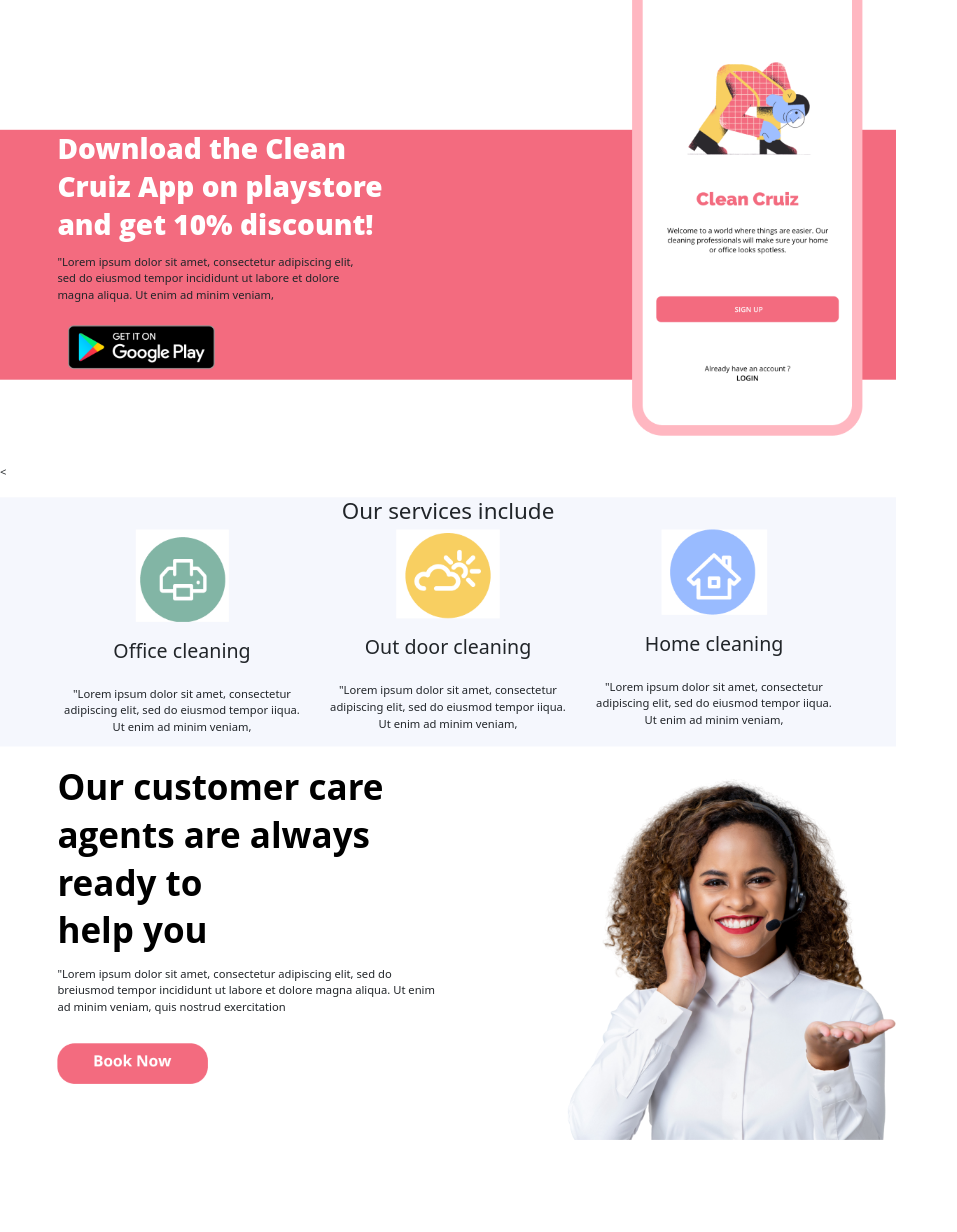
Repository: uy022/QuocUybaitapgiuaki
Page: index.html
An editor plug-in stored every save of this project. The page is shown before and after the next save, followed by the edit.
The browser window is 1280 px wide. The page is 1367 px wide, so the pictures cover 1367 px, including what lies to the right of the window. The pictures show the part of the page from y = 829 to 2589 px (the page is 2865 px tall), at 70% of full size.

Above is the page before, as saved 2022-08-31 14:58:03.

After the next save:
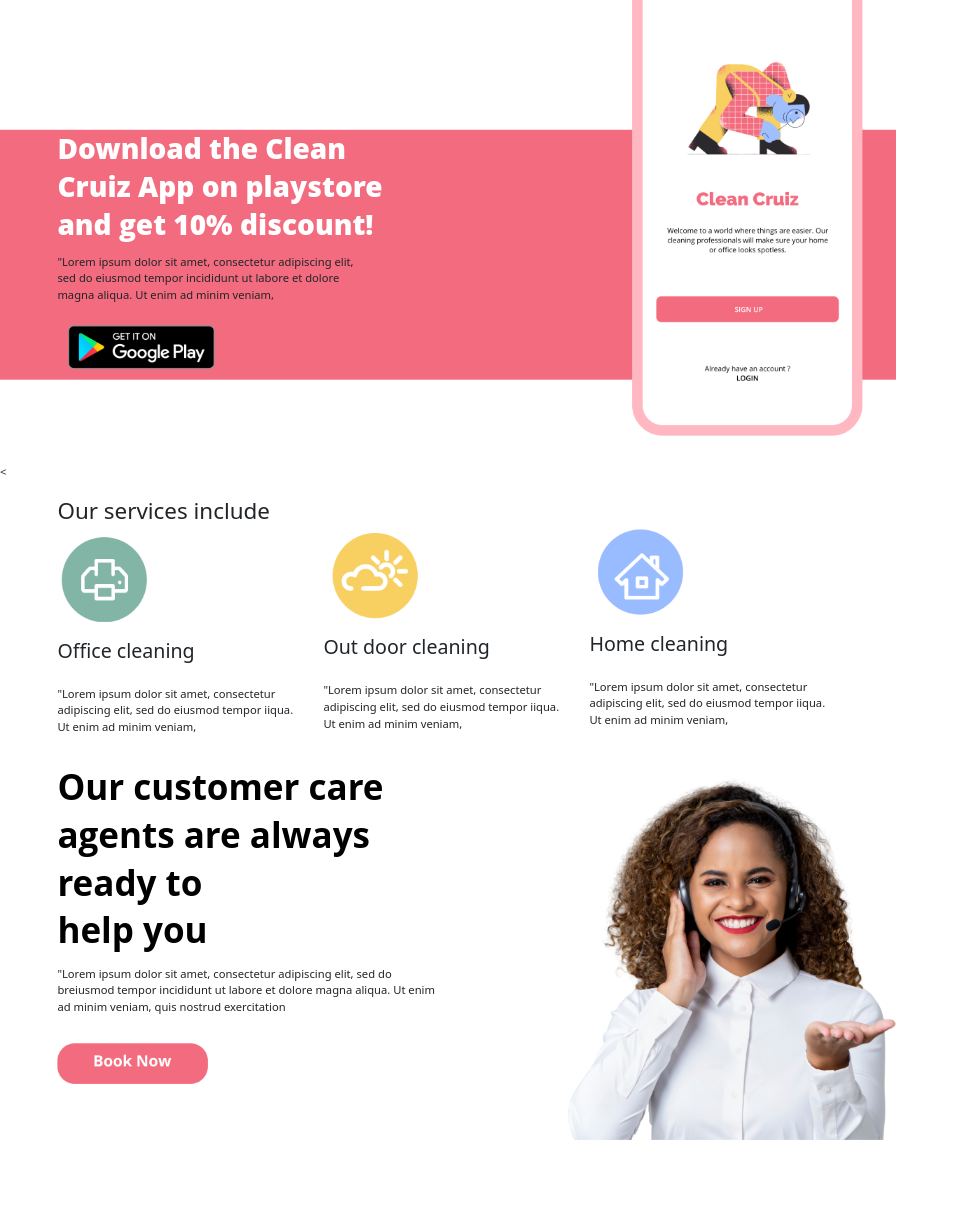
Saved 2 days later.
--- a/css/style1.css
+++ b/css/style1.css
@@ -47,7 +47,7 @@
 .body{
     margin: 0%;
 }
-.tieude{
+.tieude con{
     text-align: center;
     background-color: #F5F7FD;
 }
